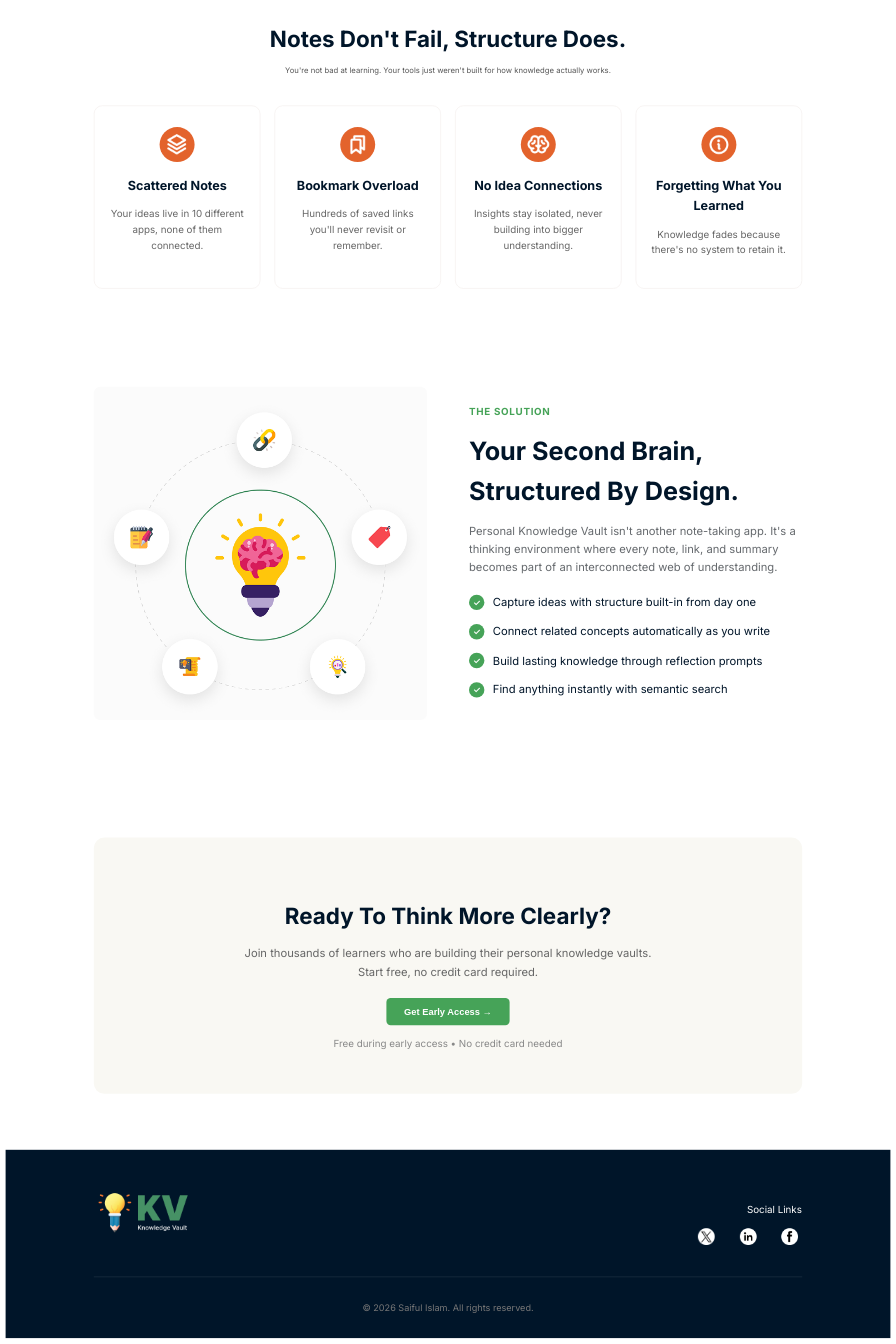
Repository: Saiful21Islam/my-fast-devel
Page: index.html
An editor plug-in stored every save of this project. The page is shown before and after the next save, followed by the edit.
The browser window is 1280 px wide. The pictures show the part of the page from y = 671 to 2591 px (the page is 2591 px tall), at 70% of full size.

Above is the page before, as saved 2026-01-31 14:44:19.

### index.html
<!DOCTYPE html>
<html lang="en">

<head>
    <meta charset="UTF-8">
    <meta name="viewport" content="width=device-width, initial-scale=1.0">
    <title>My Fast Development Project</title>
    <link rel="preconnect" href="https://fonts.googleapis.com">
<link rel="preconnect" href="https://fonts.gstatic.com" crossorigin>
<link href="https://fonts.googleapis.com/css2?family=Inter:ital,opsz,wght@0,14..32,100..900;1,14..32,100..900&family=Open+Sans:ital,wght@0,300..800;1,300..800&family=Work+Sans:ital,wght@0,100..900;1,100..900&display=swap" rel="stylesheet">
    <link rel="stylesheet" href="style.css">
</head>

<body>
    <header class="navbar">
        <div class="logo">
            <img src="assets/logo-navbar.png" alt="kv logo">
        </div>
    <nav class="nav-links">
        <a href="#">Features</a>
        <a href="#">How it Works</a>
        <a href="#">Why It's Different</a>
    </nav>
    <button class="btn-primary">Get Early Access</button>
</header>
 <section class="banner">
        <div class="banner-overlay">
            <div class="banner-content">
                <span class="early-badge">Early Access Now Open</span>
                <h1>Structured Thinking, <br><span class="green-text">Not Just Note-Taking.</span></h1>
                <p>A private space to store notes, links, and learning summaries — designed to help you think clearly,
                    connect ideas, and turn learning into long-term knowledge.</p>
                <div class="banner-btns">
                  <button class="btn-primary">Start Building Your Vault &rarr;</button>

                  <button class="btn-outline">
                  <span class="play-icon">&#9655;</span> See How It Works
                           </button>
                </div>
            </div>
        </div>
    </section>
        <section class="notes">
    <h2 class="Notes" >Notes Don't Fail, Structure Does.</h2>
    <p class="subtitle">You're not bad at learning. Your tools just weren't built for how knowledge actually works.</p>

    <div class="card-container">
        <div class="card">
            <div class="icon-circle red-bg"> <img src="assets/Vector.png" alt=""> </div>
            <h3>Scattered Notes</h3>
            <p>Your ideas live in 10 different apps, none of them connected.</p>
        </div>
        <div class="card">
            <div class="icon-circle orange-bg"> <img src="assets/Bookmarks.png" alt=""> </div>
            <h3>Bookmark Overload</h3>
            <p>Hundreds of saved links you'll never revisit or remember.</p>
        </div>
        <div class="card">
            <div class="icon-circle red-bg"> <img src="assets/Brain.png" alt=""> </div>
            <h3>No Idea Connections</h3>
            <p>Insights stay isolated, never building into bigger understanding.</p>
        </div>
        <div class="card">
            <div class="icon-circle red-bg"> <img src="assets/Info.png" alt=""> </div>
            <h3>Forgetting What You Learned</h3>
            <p>Knowledge fades because there's no system to retain it.</p>
        </div>
    </div>
    </section>
 <section class="second-brain">
    <div class="brain-visual">
        <img src="assets/knowledge.png" alt="Second Brain Illustration">
    </div>

    <div class="brain-content">
        <span class="solution-tag">THE SOLUTION</span>
        <h2>Your Second Brain, <br> Structured By Design.</h2>
        <p class="prgrap" >Personal Knowledge Vault isn't another note-taking app. It's a thinking environment where every note, link, and summary becomes part of an interconnected web of understanding.</p>

        <ul class="feature-list">
            <li>Capture ideas with structure built-in from day one</li>
            <li>Connect related concepts automatically as you write</li>
            <li>Build lasting knowledge through reflection prompts</li>
            <li>Find anything instantly with semantic search</li>
        </ul>
    </div>
</section>

<section class="cta-section">
    <div class="cta-container">
        <h2>Ready To Think More Clearly?</h2>
        <p>Join thousands of learners who are building their personal knowledge vaults. <br> Start free, no credit card required.</p>

        <button class="btn-primary">Get Early Access &rarr;</button>

        <span class="cta-subtext">Free during early access • No credit card needed</span>
    </div>
</section>

<footer class="footer">
    <div class="footer-top">
        <div class="footer-logo">
            <span> <div><img src="assets/logo-footer.png" alt=""></div> </span>
        </div>

        <div class="social-links">
            <p>Social Links</p>
            <div class="icons">
                <a href="#"> <img src="icon/tw.c.png" alt="Twitter"> </a>
                <a href="#"> <img src="icon/in.c.png" alt="LinkedIn"> </a>
                <a href="#"> <img src="icon/fb.c.png" alt="Facebook"> </a>
            </div>
        </div>
    </div>
    <div class="footer-bottom">
        <p>&copy; 2026 Saiful Islam. All rights reserved.</p>
    </div>
</footer>

</body>
</html>

### style.css
/* Google Font (Always on Top) */
@import url('https://fonts.googleapis.com/css2?family=Inter:wght@400;600;700&display=swap');

/* Global */
body {
    font-family: 'Inter', sans-serif;
    color: #001529;
    line-height: 1.6;
}

/* Navbar */
.navbar {
    display: flex;
    justify-content: space-between;
    align-items: center;
    padding: 20px 5%;
}

.nav-links a {
    text-decoration: none;
    color: black;
    margin: 0 15px;
}

/* Buttons */
.btn-early {
    background-color: #46a358;
    color: white;
    padding: 10px 20px;
    border: none;
    border-radius: 5px;
}

/* Banner */
.banner {
    background-image: linear-gradient(rgba(0, 0, 0, 0.5), rgba(0, 0, 0, 0.5)),
        url('assets/hero-bg.png');
    background-size: cover;
    background-position: center;
    height: 500px;

    display: flex;
    justify-content: center;
    align-items: center;
    text-align: center;
    color: white;
}

/* Badge */
.early-badge {
    display: inline-flex;
    align-items: center;
    color: #46a358;
    background-color: #fff;
    padding: 6px 15px;
    border: 1px solid #eee;
    border-radius: 50px;
    font-size: 12px;
    font-weight: 600;
    cursor: pointer;
    box-shadow: 0 2px 5px rgba(0, 0, 0, 0.1);
}

.early-badge::before {
    content: "";
    height: 8px;
    width: 8px;
    background-color: #46a358;
    border-radius: 50%;
    margin-right: 8px;
    box-shadow: 0 0 5px rgba(70, 163, 88, 0.8);
}

/* Text */
h1 {
    font-size: 56px;
    font-weight: 700;
    letter-spacing: -1px;
}

.green-text {
    color: #46a358;
}

.banner p {
    font-size: 18px;
    color: #cfd8dc;
    max-width: 650px;
    margin: 20px auto;
}

/* Banner Buttons */
.banner-btns {
    display: flex;
    justify-content: center;
    gap: 15px;
    margin-top: 30px;
}

.btn-primary {
    background-color: #46a358;
    color: white;
    padding: 12px 25px;
    border: none;
    border-radius: 6px;
    font-weight: 600;
    cursor: pointer;
    transition: 0.3s;
}

.btn-primary:hover {
    background-color: #3b8a4a;
}

.btn-outline {
    background: transparent;
    color: white;
    padding: 12px 25px;
    border: 1px solid rgba(255, 255, 255, 0.4);
    border-radius: 6px;
    font-weight: 500;
    cursor: pointer;
    display: flex;
    align-items: center;
    gap: 8px;
}

.btn-outline:hover {
    background: rgba(255, 255, 255, 0.1);
    border-color: white;
}


.notes {
    text-align: center;
    padding: 60px 10%;
    background-color: #fff;
}

.card-container {
    display: flex;
    /* 4ti card ke pashapashi rakhar jonno */
    gap: 20px;
    margin-top: 40px;
}

.card {
    flex: 1;
    /* Shob card shoman size-er hobe */
    padding: 30px 20px;
    border: 1px solid #f4f0ee;
    border-radius: 12px;
    transition: 0.3s;

}

/* Hover Effect (Challenge Requirement) */
.card:hover {
    box-shadow: 0 10px 20px rgba(0, 0, 0, 0.05);
    transform: translateY(-5px);
}

/* Icon Design */
.icon-circle {
    width: 50px;
    height: 50px;
    border-radius: 50%;
    display: flex;
    align-items: center;
    justify-content: center;
    margin: 0 auto 20px;
    font-size: 20px;

}

.Notes {
    font-size: 32px;
    font-weight: 700;
    margin-bottom: 10px;
}

.subtitle {
    font-size: 11px;
    color: #555;
}

.red-bg {
    background-color: #e3632c;
    color: #f1ecec;
}

.orange-bg {
    background-color: #e3632c;
    color: #fefdfc;
}

.card h3 {
    font-size: 18px;
    margin-bottom: 10px;
}

.card p {
    font-size: 14px;
    color: #666;
}

.second-brain {
    display: flex;
    align-items: center;
    padding: 80px 10%;
    gap: 60px;
}

.brain-visual,
.brain-content {
    flex: 1;
}

.brain-visual img {
    max-width: 100%;
    height: auto;
}

.solution-tag {
    color: #46a358;
    font-size: 14px;
    font-weight: 700;
    text-transform: uppercase;
    letter-spacing: 1px;
}

.brain-content h2 {
    font-size: 36px;
    margin: 15px 0;
    color: #001529;
}

/* Feature List Styling */
.feature-list {
    list-style: none;
    padding: 0;
    margin-top: 25px;
}

.feature-list li {
    display: flex;
    align-items: center;
    margin-bottom: 16px;
    font-size: 16px;
    color: #001529;
}

/* Green Circle Checkmark magic */
.feature-list li::before {
    content: "✓";
    color: white;
    background-color: #46a358;
    width: 22px;
    height: 22px;
    border-radius: 50%;
    display: flex;
    justify-content: center;
    align-items: center;
    margin-right: 12px;
    font-size: 12px;
    font-weight: bold;
    flex-shrink: 0;
}

.prgrap {
    color: #65696d;
}

/* CTA Section Styling */
.cta-section {
    padding: 80px 10%;
    background-color: #fff;
}

.cta-container {
    background-color: #f9f8f3;
    /* Mockup-er halka cream color */
    padding: 60px 20px;
    border-radius: 15px;
    text-align: center;
}

.cta-container h2 {
    font-size: 32px;
    color: #001529;
    margin-bottom: 15px;
}

.cta-container p {
    color: #666;
    margin-bottom: 25px;
    line-height: 1.6;
}

.cta-subtext {
    display: block;
    margin-top: 15px;
    font-size: 14px;
    color: #888;
}

/* Footer Styling */
.footer {
    background-color: #001529;
    /* Deep navy blue */
    color: white;
    padding: 60px 10% 20px;
}

.footer-top {
    display: flex;
    justify-content: space-between;
    align-items: flex-start;
    border-bottom: 1px solid rgba(255, 255, 255, 0.1);
    padding-bottom: 40px;
}

.footer-logo .logo-text {
    font-size: 24px;
    font-weight: bold;
    color: #46a358;
}

.footer-logo p {
    font-size: 12px;
    color: #aaa;
}

.social-links p {
    font-size: 14px;
    margin-bottom: 10px;
}

.social-links .icons a {
    text-decoration: none;
    margin-left: 10px;
    font-size: 20px;
}

.footer-bottom {
    text-align: center;
    padding-top: 20px;
    font-size: 13px;
    color: #777;
}

.social-links {
    text-align: right;

.social-links p {
    color: #ffffff;
    font-size: 14px;
    margin-bottom: 15px;
    font-weight: 500;
    opacity: 0.8;
}

.icons {
    display: flex;
    justify-content:;
    gap: 0.9em;
}
.icons a {
    display: flex;
    align-items: center;
    justify-content: center;
    width: 35px;
    height: 35px;
    background-color: transparent;
    border-radius: 50%;
    transition: transform 0.3s ease, background-color 0.3s ease;
}

.icons a img {
    width: 24px;
    height: auto;
    display: block;
}

.icons a:hover {
    transform: translateY(-3px);
    background-color: rgba(255, 255, 255, 0.1);
}

After the next save:
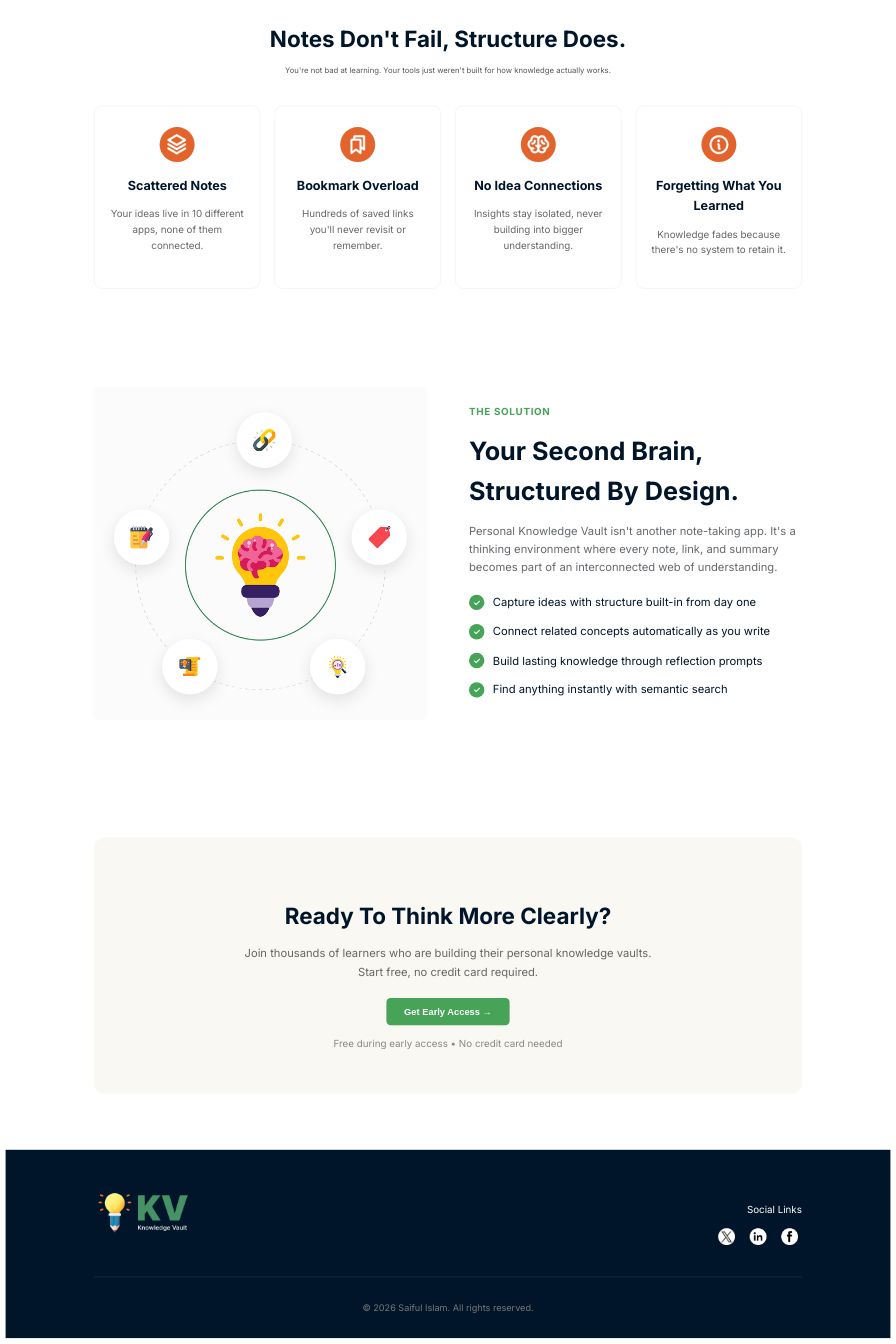
Saved 9 s later.
--- a/style.css
+++ b/style.css
@@ -362,8 +362,8 @@ h1 {
 
 .icons {
     display: flex;
-    justify-content:;
-    gap: 0.9em;
+    justify-content: flex-end;
+    gap: 0.em;
 }
 .icons a {
     display: flex;
